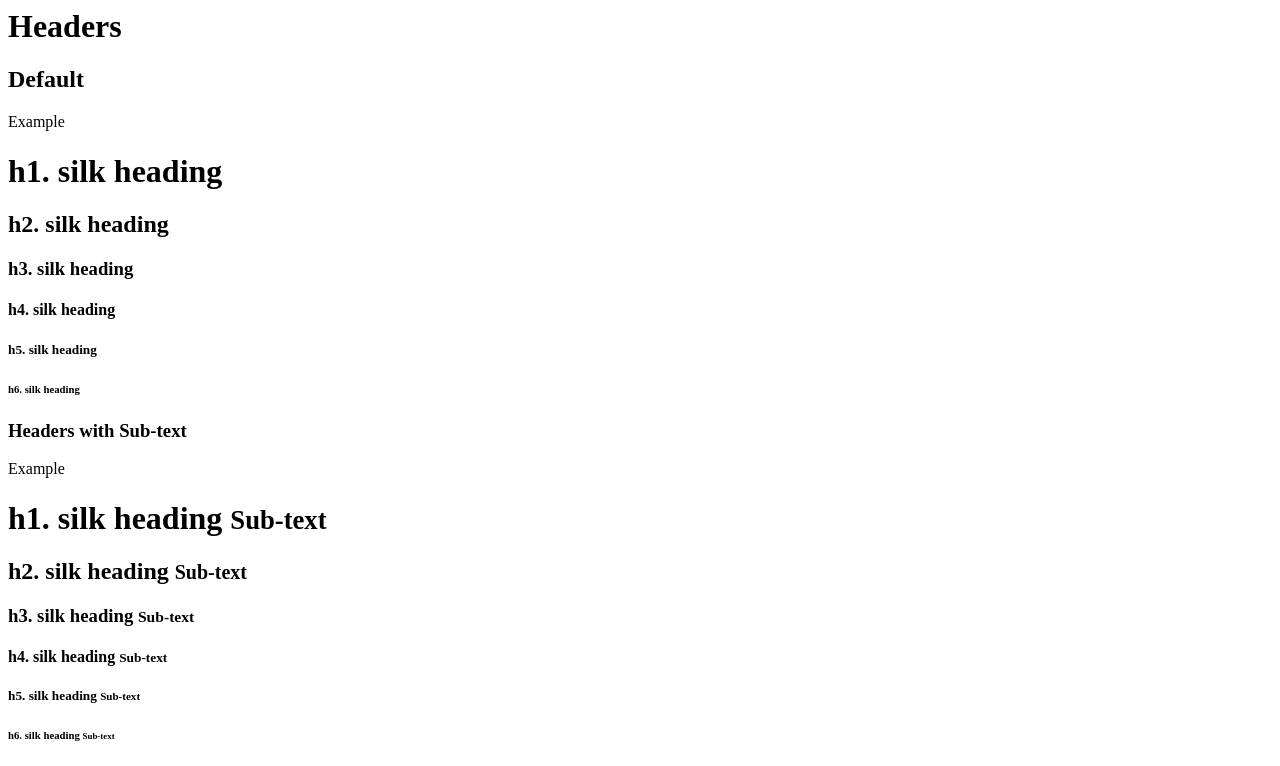
Repository: sympolinc/silk
Page: http://localhost/views/headings.php
The author's editor kept a record of every edit. The page is drawn from the files as they stood at one moment, then again after the next edit.
The browser window is 1280 px wide. The pictures show the whole page.
The page is run by PHP 8.4 with error messages shown; the project is at /var/www/html/.

Above is the page before.

### views/headings.php
<div class="section">
    <h1>Headers</h1>
    <div class="section">
        <h2>Default</h2>
        <div class="silk-example">
            <span class="lang">Example</span>
            <div data-example>
                <h1 class="no-toc">h1. silk heading</h1>
                <h2 class="no-toc">h2. silk heading</h2>
                <h3 class="no-toc">h3. silk heading</h3>
                <h4 class="no-toc">h4. silk heading</h4>
                <h5 class="no-toc">h5. silk heading</h5>
                <h6 class="no-toc">h6. silk heading</h6>
            </div>
        </div>
    </div>
    <div class="section">
        <h3>Headers with Sub-text</h3>
        <div class="silk-example">
            <span class="lang">Example</span>
            <div data-example>
                <h1 class="no-toc">h1. silk heading
                    <small>Sub-text</small>
                </h1>
                <h2 class="no-toc">h2. silk heading
                    <small>Sub-text</small>
                </h2>
                <h3 class="no-toc">h3. silk heading
                    <small>Sub-text</small>
                </h3>
                <h4 class="no-toc">h4. silk heading
                    <small>Sub-text</small>
                </h4>
                <h5 class="no-toc">h5. silk heading
                    <small>Sub-text</small>
                </h5>
                <h6 class="no-toc">h6. silk heading
                    <small>Sub-text</small>
                </h6>
            </div>
        </div>
    </div>
</div>

After the next edit:
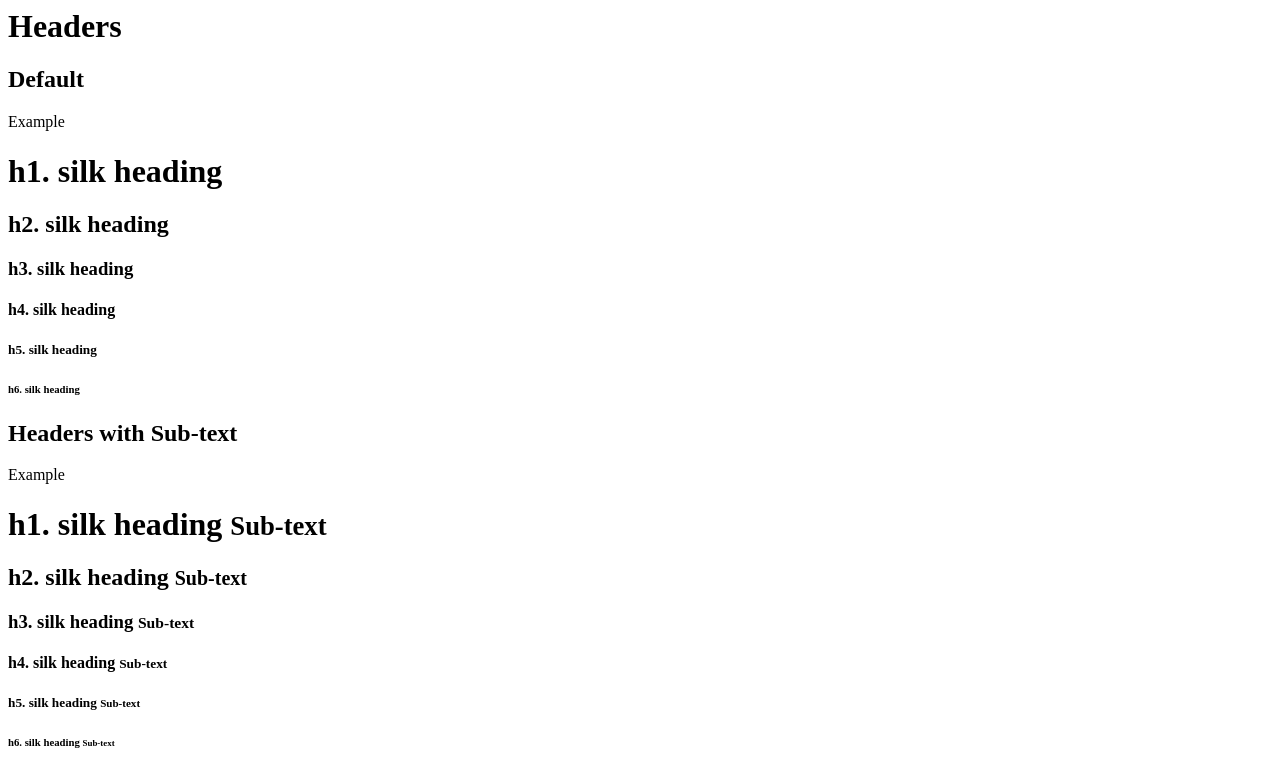
The edit:
--- a/views/headings.php
+++ b/views/headings.php
@@ -15,7 +15,7 @@
         </div>
     </div>
     <div class="section">
-        <h3>Headers with Sub-text</h3>
+        <h2>Headers with Sub-text</h2>
         <div class="silk-example">
             <span class="lang">Example</span>
             <div data-example>
